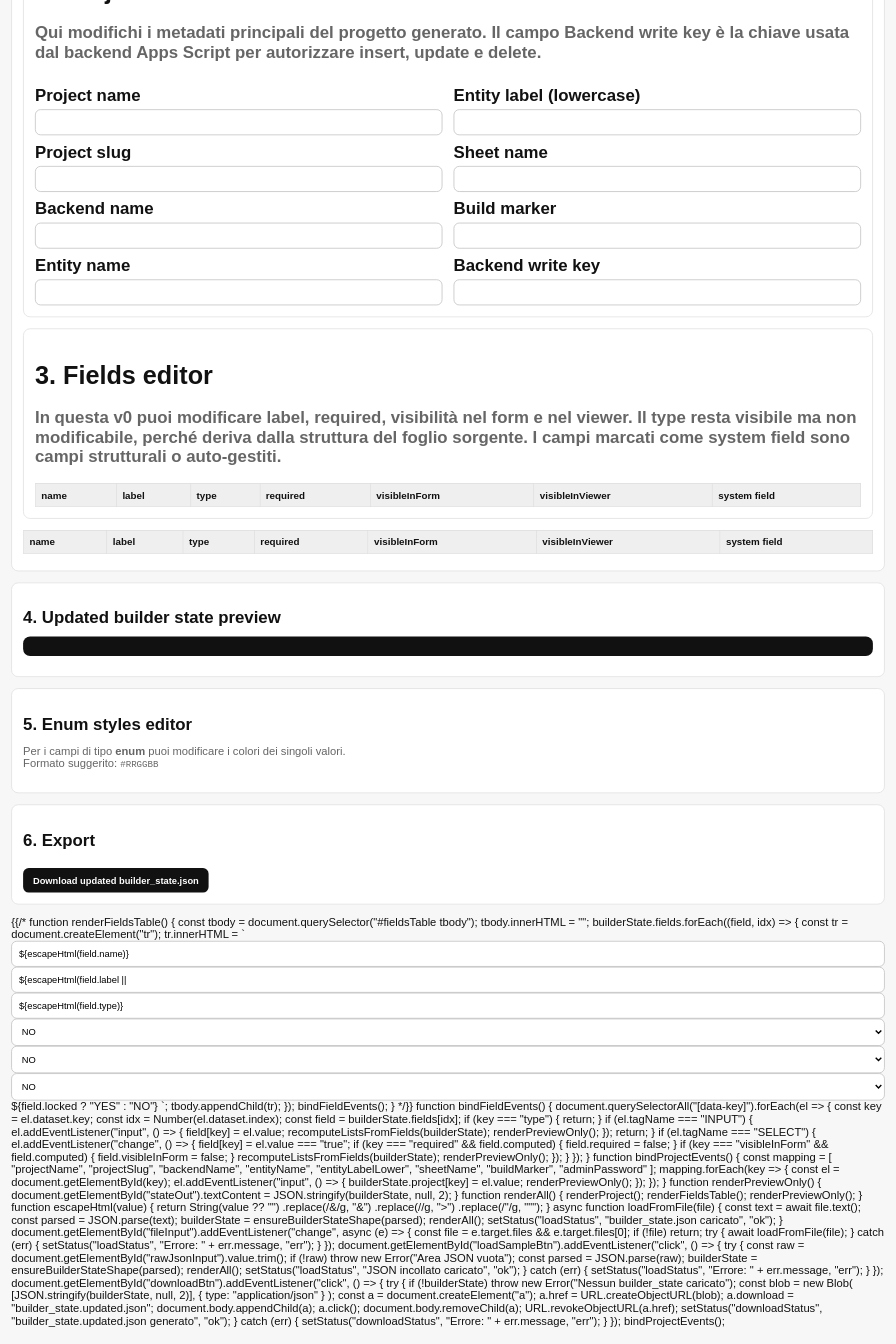
Repository: progettazionemauro/sheets.builder
Page: docs/builder.html
These files come from the project's save history. The page is drawn as it stood at one moment and after the next save; the edit follows.
The browser window is 1280 px wide. The pictures show the part of the page from y = 693 to 2613 px (the page is 2613 px tall), at 70% of full size.

Above is the page before, as saved 2026-04-14 04:54:05.

After the next save:
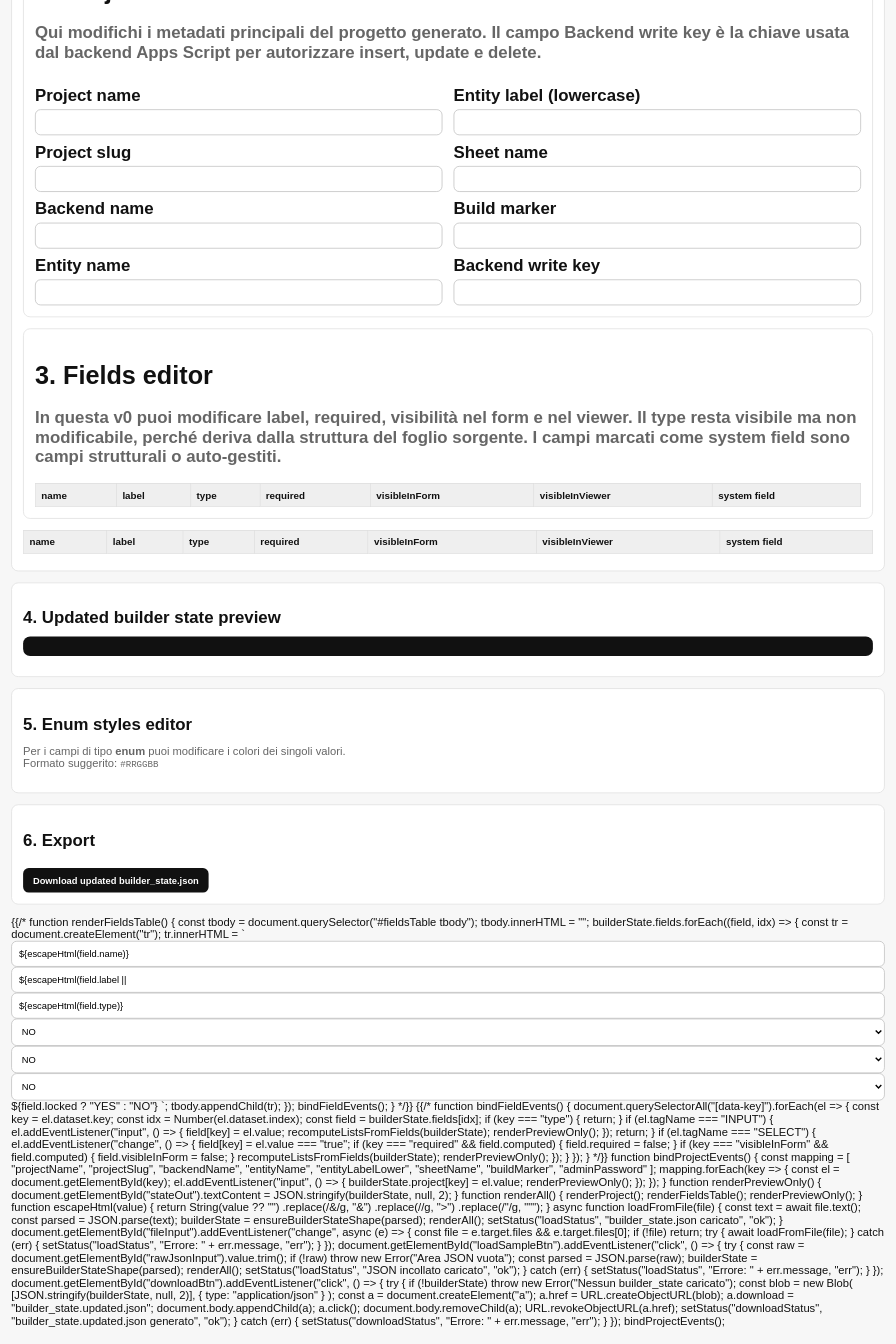
Saved 76 s later.
--- a/docs/builder.html
+++ b/docs/builder.html
@@ -740,7 +740,7 @@
   }
 </script>  */}}
 
-    function bindFieldEvents() {
+    {{/*  function bindFieldEvents() {
     document.querySelectorAll("[data-key]").forEach(el => {
       const key = el.dataset.key;
       const idx = Number(el.dataset.index);
@@ -776,7 +776,7 @@
         });
       }
     });
-  }
+  }  */}}
 
   function bindProjectEvents() {
     const mapping = [
